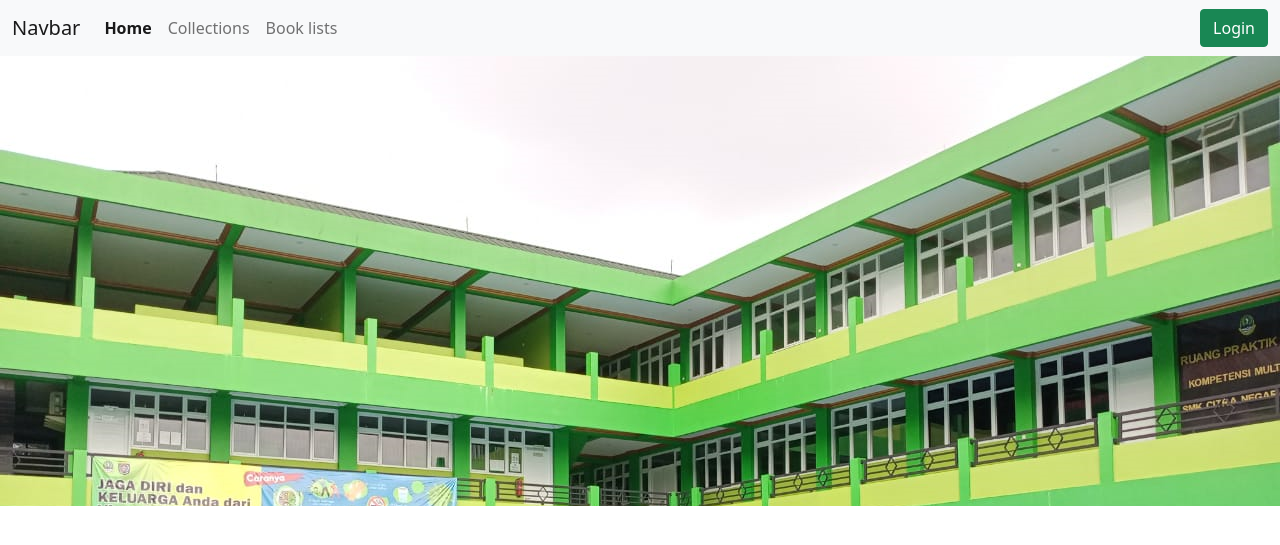
Repository: humanrizki/app-perpus-laravel-8
Page: http://localhost/home
These files come from the project's save history. The page is drawn as it stood at one moment and after the next save; the edit follows.
The browser window is 1280 px wide. The pictures show the whole page.
Some web libraries are served in a nearby version. The page is served by the project's Laravel application, run on PHP 8.4 with Laravel 8.

Above is the page before, as saved 2021-11-25 12:06:02.

After the next save:
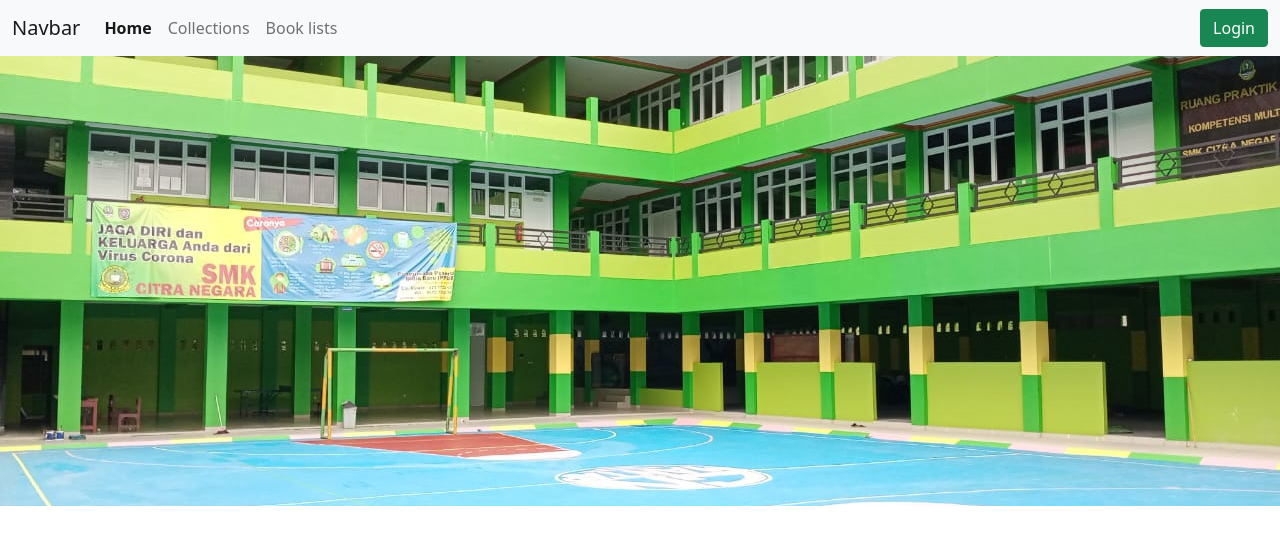
Saved 40 s later.
--- a/resources/views/homeTemplate.blade.php
+++ b/resources/views/homeTemplate.blade.php
@@ -5,6 +5,7 @@
         height:450px;
         background-image:url('img/cn.png');
         background-repeat:no-repeat;
+        background-position:50% 50%;
         ">
     </div>
 @endsection
